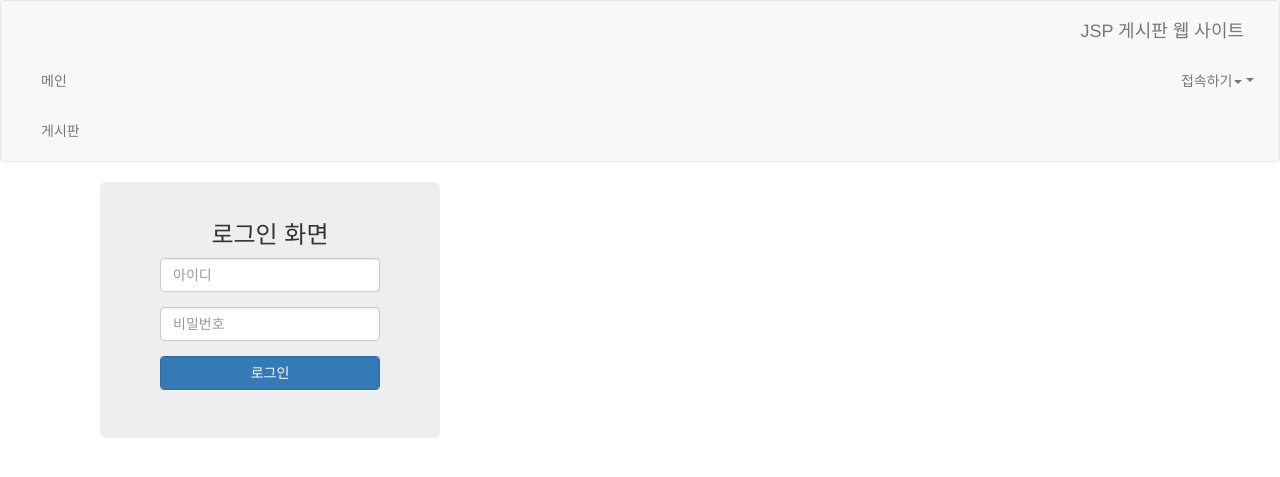
Repository: donghoonshin96/20230601
Page: http://localhost/jsp_project3/member/login.jsp
An editor plug-in stored every save of this project. The page is shown before and after the next save, followed by the edit.
The browser window is 1280 px wide. The pictures show the whole page.
Some web libraries are served in a nearby version. The page is served by Tomcat 9.

Above is the page before, as saved 2023-05-22 08:00:37.

After the next save:
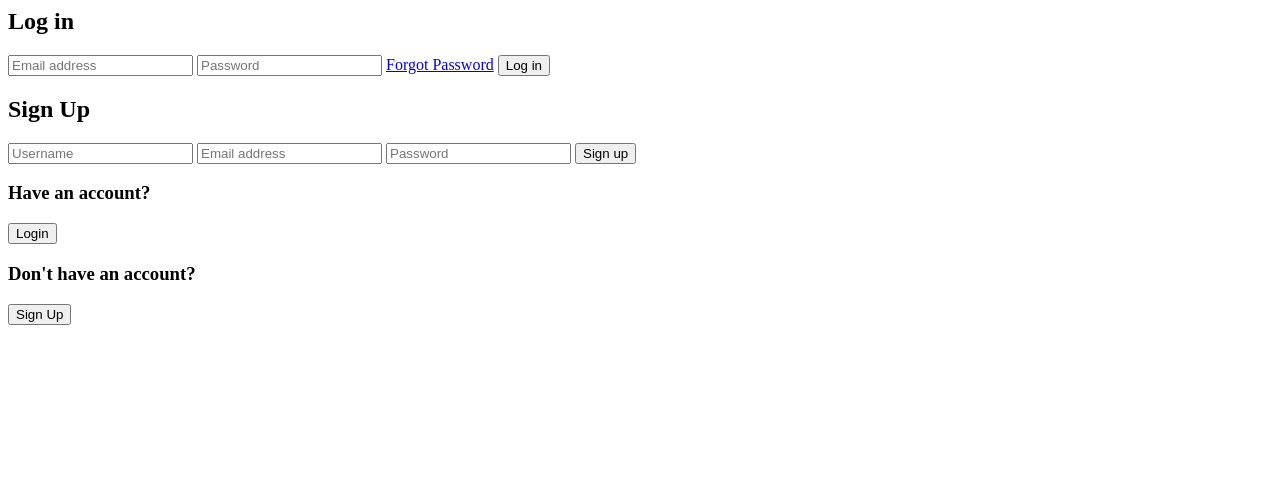
Saved 8 min 17 s later.
--- a/jsp_project3/jsp_project3/src/main/webapp/member/login.jsp
+++ b/jsp_project3/jsp_project3/src/main/webapp/member/login.jsp
@@ -1,69 +1,71 @@
-<%@ page language="java" contentType="text/html; charset=UTF-8"
-	pageEncoding="UTF-8"%>
-<!DOCTYPE html>
-<html>
-<head>
-<meta charset="UTF-8">
-<meta name="viewport" content="width=device-width, initial-scale=1">
-<link rel="stylesheet"
-	href="https://maxcdn.bootstrapcdn.com/bootstrap/4.5.2/css/bootstrap.min.css">
-<link rel="stylesheet" href="/resources/css/bootstrap.css">
+<div class="login-page" ng-app="">
 
-<title>JSP 게시판 웹 사이트</title>
+  <div class="login-content login-content-signin" ng-hide="showSignIn">
+    <div>
+      <h2>Log in</h2>
+      <form class="wrapper-box" role="form" ng-submit="login()">
+        <input type="email"
+          ng-model="email"
+          class="form-control form-control-email"
+          placeholder="Email address"
+          required>
+        <input type="password"
+          ng-model="password"
+          class="form-control form-control-password"
+          placeholder="Password"
+          required >
+        <!-- <div class="checkbox pull-left">
+          <label>
+            <input type="checkbox"> Remember me.
+          </label>
+        </div> -->
+        <a class="outer-link pull-left" href="#/forgot">Forgot Password</a>
+        <button type="submit" class="btn btn-submit btn-default pull-right">Log in</button>
+      </form>
+    </div>
+  </div>
 
-</head>
-<body>
-	<nav class="navbar navbar-default">
-		<div class="navbar-header">
-			<button type="button" class="navbar-toggle collapsed"
-				data-toggle="collapse" data-target="#bs-example-navbar-collapse-1"
-				aria-expanded="false">
-				<span class="icon-bar"></span> <span class="icon-bar"></span> <span
-					class="icon-bar"></span>
-			</button>
-			<a class="navbar-brand" href="/">JSP 게시판 웹 사이트</a>
-		</div>
-		<div class="collapse navbar-collapse"
-			id="bs-example-navbar-collapse-1">
-			<ul class="nav navbar-nav">
-				<li><a href="/mem/index">메인</a></li>
-				<li><a href="/mem/list">게시판</a></li>
-			</ul>
-			<ul class="nav navbar-nav navbar-right">
-				<li class="dropdown"><a href="#" class="dropdown-toggle"
-					data-toggle="dropdown" role="button" aria-haspopup="true"
-					aria-expanded="false">접속하기<span class="caret"></span></a>
-					<ul class="dropdown-menu">
-						<li class="active"><a href="/mem/login">로그인</a></li>
-						<li><a href="/mem/join">회원가입</a></li>
-					</ul></li>
-			</ul>
-		</div>
-	</nav>
-	<div class="container">
-		<div class="col-lg-4">
-			<div class="jumbotron" style="padding-top: 20px;">
-				<form method="post" action="/mem/login_auth">
-					<h3 style="text-align: center;">로그인 화면</h3>
-					<div class="form-group">
-						<input type="text" class="form-control" placeholder="아이디"
-							name="id" maxlength="20">
-					</div>
-					<div class="form-group">
-						<input type="password" class="form-control" placeholder="비밀번호"
-							name="password" maxlength="20">
-					</div>
-					<input type="submit" class="btn btn-primary form-control"
-						value="로그인">
-				</form>
-			</div>
-		</div>
-	</div>
-	<script src="https://code.jquery.com/jquery-3.1.1.min.js"></script>
-	<script src="/resources/js/bootstrap.js"></script>
-	<script
-		src="https://cdn.jsdelivr.net/npm/bootstrap@5.2.3/dist/js/bootstrap.bundle.min.js"
-		integrity="sha384-kenU1KFdBIe4zVF0s0G1M5b4hcpxyD9F7jL+jjXkk+Q2h455rYXK/7HAuoJl+0I4"
-		crossorigin="anonymous"></script>
-</body>
-</html>
+  <div class="login-content login-content-signup ng-hide" ng-show="showSignIn">
+    <div>
+      <h2>Sign Up</h2>
+      <form class="wrapper-box" role="form" ng-submit="register()">
+        <input type="text"
+          ng-model="username"
+          class="form-control form-control-username"
+          placeholder="Username"
+          required >
+        <input type="email"
+          ng-model="email"
+          class="form-control form-control-email"
+          placeholder="Email address"
+          required >
+        <input type="password"
+          ng-model="password"
+          class="form-control form-control-password"
+          placeholder="Password"
+          required >
+        <!-- <div class="checkbox pull-left">
+          <label>
+            <input type="checkbox"> Remember me.
+          </label>
+        </div> -->
+        <button type="submit" class="btn btn-submit btn-default pull-right">Sign up</button>
+      </form>
+    </div>
+  </div>
+
+
+
+  <div class="login-switcher">
+    <div class="login-switcher-signin" ng-show="showSignIn">
+      <h3>Have an account?</h3>
+      <button ng-click="showSignIn=false">Login</button>
+    </div>
+    <div class="login-switcher-signup" ng-hide="showSignIn">
+      <h3>Don't have an account?</h3>
+      <button ng-click="showSignIn=true">Sign Up</button>
+    </div>
+  </div>
+
+
+</div>
